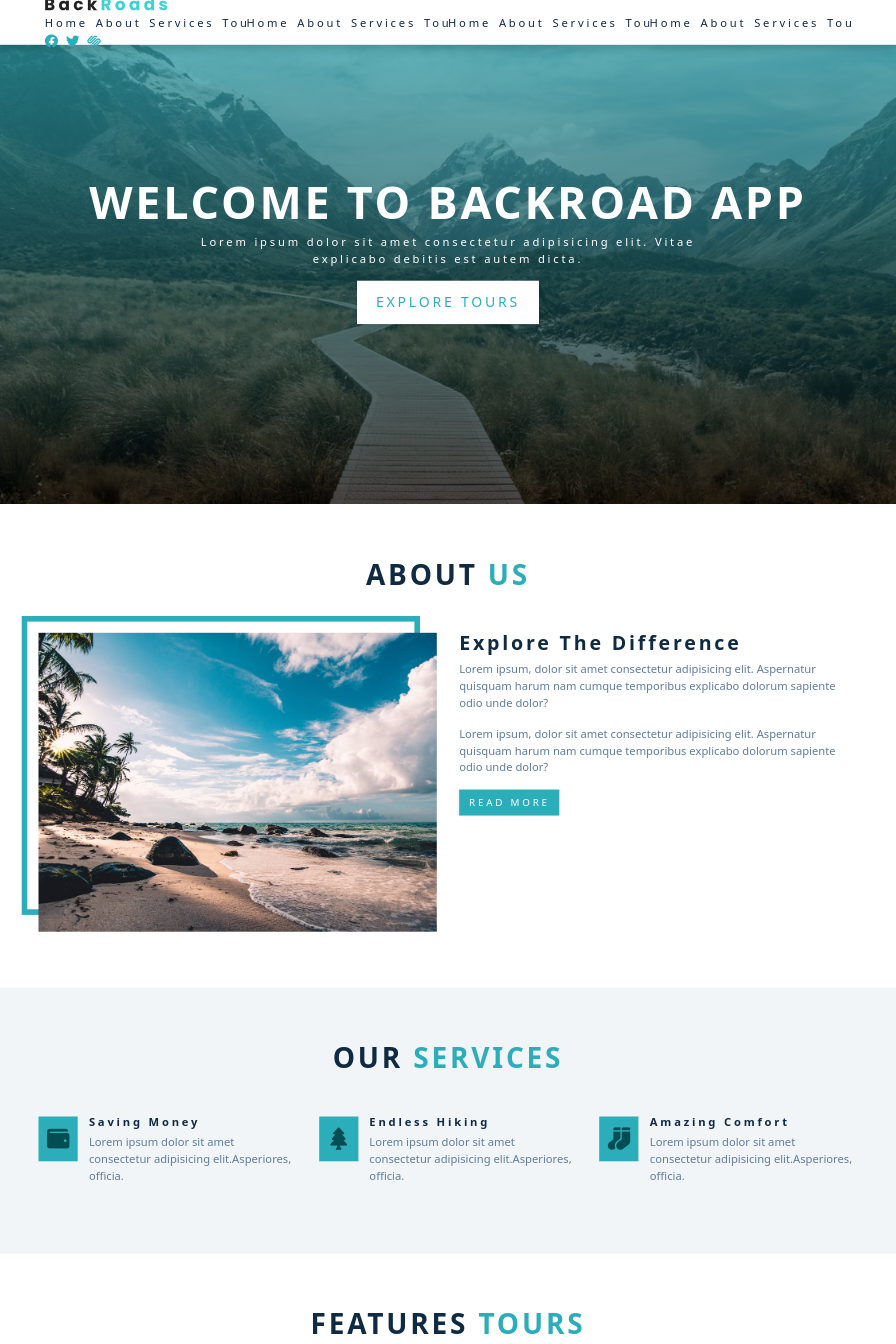
Repository: shivyank121/backRoad-app
Page: /
An editor plug-in stored every save of this project. The page is shown before and after the next save, followed by the edit.
The browser window is 1280 px wide. The pictures show the part of the page from y = 0 to 1920 px (the page is 3363 px tall), at 70% of full size.
Some web libraries are served in a nearby version. The project was rebuilt for these pictures with package versions that can differ from the ones it lists, and the page was loaded fresh each time.

Above is the page before, as saved 2023-08-21 18:51:02.

### public/index.html
<!DOCTYPE html>
<html lang="en">
  <head>
    <meta charset="utf-8" />
    <link rel="icon" href="%PUBLIC_URL%/favicon.ico" />
    <meta name="viewport" content="width=device-width, initial-scale=1" />
    <meta name="theme-color" content="#000000" />
    <meta
      name="description"
      content="Web site created using create-react-app"
    />
    <link rel="apple-touch-icon" href="%PUBLIC_URL%/logo192.png" />
    <!--
      manifest.json provides metadata used when your web app is installed on a
      user's mobile device or desktop. See https://developers.google.com/web/fundamentals/web-app-manifest/
    -->
    <link rel="manifest" href="%PUBLIC_URL%/manifest.json" />
    <!--
      Notice the use of %PUBLIC_URL% in the tags above.
      It will be replaced with the URL of the `public` folder during the build.
      Only files inside the `public` folder can be referenced from the HTML.

      Unlike "/favicon.ico" or "favicon.ico", "%PUBLIC_URL%/favicon.ico" will
      work correctly both with client-side routing and a non-root public URL.
      Learn how to configure a non-root public URL by running `npm run build`.
    -->

    <link
    rel="stylesheet"
    href="https://cdnjs.cloudflare.com/ajax/libs/font-awesome/5.12.0/css/all.min.css"
    integrity="sha512-c93ifPoTvMdEJH/rKIcBx//AL1znq9+4/RmMGafI/vnTFe/dKwnn1uoeszE2zJBQTS1Ck5CqSBE+34ng2PthJg=="
    crossorigin="anonymous"
    referrerpolicy="no-referrer"
  />

    <title>Backroad </title>
  </head>
  <body>
    <noscript>You need to enable JavaScript to run this app.</noscript>
    <div id="root"></div>
    <!--
      This HTML file is a template.
      If you open it directly in the browser, you will see an empty page.

      You can add webfonts, meta tags, or analytics to this file.
      The build step will place the bundled scripts into the <body> tag.

      To begin the development, run `npm start` or `yarn start`.
      To create a production bundle, use `npm run build` or `yarn build`.
    -->
  </body>
</html>

### src/App.js
import { About } from "./components/About";
import { Footer } from "./components/Footer";
import { Hero } from "./components/Hero";
import { Navbar } from "./components/Navbar";
import { Services } from "./components/Services";
import { Tours } from "./components/Tours";

function App() {
  return (
    <>
      <Navbar />
      <Hero />
      <About />
      <Services />
      <Tours />
      <Footer />
    </>
  );
}

export default App;

### src/components/About.js
import React from 'react'
import aboutImg from "../images/about.jpeg"
import Title from './Title'

export const About = () => {
  return (

    <section className="section" id="about">

        <Title title='about' subtitle='us' />

      <div className="section-center about-center">
        <div className="about-img">
          <img
            src={aboutImg}
            className="about-photo"
            alt="awesome beach"
          />
        </div>
        <article className="about-info">
          <h3>explore the difference</h3>
          <p>
            Lorem ipsum, dolor sit amet consectetur adipisicing elit. Aspernatur
            quisquam harum nam cumque temporibus explicabo dolorum sapiente odio
            unde dolor?
          </p>
          <p>
            Lorem ipsum, dolor sit amet consectetur adipisicing elit. Aspernatur
            quisquam harum nam cumque temporibus explicabo dolorum sapiente odio
            unde dolor?
          </p>
          <a href="#to" className="btn"  >read more</a>
        </article>
      </div>
    </section>
  )
}

### src/components/Footer.js
import React from "react";
import { pageLinks, socialLinks } from "../data";
import Sociallinks from "./Sociallinks";

export const Footer = () => {
  return (
    <footer className="section footer">
      <ul className="footer-links">
        {pageLinks.map((link) => {
          return (
            <li key={link.id}>
              <a href={link.href} className="footer-link">
                {link.text}
              </a>
            </li>
          );
        })}
      </ul>
      <ul className="footer-icons">
        {socialLinks.map((link) => {
          return (
            <Sociallinks key={link.id} {...link} itemClass="footer-icon" />
          );
        })}
      </ul>
      <p className="copyright">
        copyright &copy; Backroads App tours company 2023
        <span id="date"></span> all rights reserved
      </p>
    </footer>
  );
};

### src/components/Hero.js
import React from 'react'

export const Hero = () => {
  return (
    <section className="hero" id="home">
      <div className="hero-banner">
        <h1>Welcome to Backroad App</h1>
        <p>
          Lorem ipsum dolor sit amet consectetur adipisicing elit. Vitae
          explicabo debitis est autem dicta.
        </p>
        <a href="#tours" className="btn hero-btn">explore tours</a>
      </div>
    </section>

  )
}

### src/components/Navbar.js
import React from "react";
import logo from "../images/logo.svg";
import { pageLinks, socialLinks } from "../data";
import Sociallinks from "./Sociallinks";
import Navlinks from "./Navlinks";

export const Navbar = () => {
  return (
    <nav className="navbar">
      <div className="nav-center">
        <div className="nav-header">
          <img src={logo} className="nav-logo" alt="backroads" />
          <button type="button" className="nav-toggle" id="nav-toggle">
            <i className="fas fa-bars"></i>
          </button>
        </div>
        {/* <!-- left this comment on purpose --> */}
        <ul className="nav-links" id="nav-links">
          {pageLinks.map((link) => {
            return (
             <Navlinks key={link.id} {...link} />
            );
          })}
        </ul>

        <ul className="nav-icons">
          {socialLinks.map((link) => {
            return <Sociallinks key={link.id} {...link} itemClass="nav-icon" />;
          })}
        </ul>
      </div>
    </nav>
  );
};

### src/components/Services.js
import React from "react";
import Title from "./Title";
import { services } from "../data.js";
import Service from "./Service";

export const Services = () => {
  return (
    <section className="section services" id="services">
      <div className="section-title">
        <Title title="Our" subtitle="services" />
      </div>
      <div className="section-center services-center">
        {services.map((service) => {
          return <Service key={service.id} {...service} />;
        })}
      </div>
    </section>
  );
};

### src/components/Tours.js
import React from 'react'
import Title from './Title'
import { tours } from '../data'
import Tour from './Tour'

export const Tours = () => {
  return (
    <section className="section" id="tours">
    <div className="section-title">
    <Title title='Features' subtitle='tours' />
    </div>

    <div className="section-center featured-center">

      {tours.map((tour)=>{

      return(
       <Tour key={tour.id} {...tour} />
      )
      })}


    </div>
  </section>
  )
}

### src/components/Title.js
import React from 'react'

const Title = ({title, subtitle}) => {
  return (
    <div className="section-title">
        <h2>{title} <span>{subtitle}</span></h2>
      </div>
  )
}

export default Title

### src/data.js
import tour1 from './images/tour-1.jpeg'
import tour2 from './images/tour-2.jpeg'
import tour3 from './images/tour-3.jpeg'
import tour4 from './images/tour-4.jpeg'
import tour5 from './images/tour-5.jpeg'
import tour6 from './images/tour-6.jpeg'




export const pageLinks = [
  { id: 1, href: "#home", text: "home" },
  { id: 2, href: "#about", text: "about" },
  { id: 3, href: "#services", text: "services" },
  { id: 4, href: "#tours", text: "tours" },
];

export const socialLinks = [
  { id: 1, href: "https://www.twitter.com", icon: "fab fa-facebook" },
  { id: 2, href: "https://www.twitter.com", icon: "fab fa-twitter" },
  { id: 3, href: "https://www.twitter.com", icon: "fab fa-squarespace" },
];

export const services = [
  {
    id: 1,
    icon: "fas fa-wallet fa-fw",
    title: "saving money",
    text: "  Lorem ipsum dolor sit amet consectetur adipisicing elit.Asperiores, officia.",
  },
  {
    id: 2,
    icon: "fas fa-tree fa-fw",
    title: "endless hiking",
    text: "  Lorem ipsum dolor sit amet consectetur adipisicing elit.Asperiores, officia.",
  },
  {
    id: 3,
    icon: "fas fa-socks fa-fw",
    title: "amazing comfort",
    text: "  Lorem ipsum dolor sit amet consectetur adipisicing elit.Asperiores, officia.",
  },

];

export const tours = [
{
    id:1,
    img:tour1,
    date:'august 26th, 2020',
    title:'Tibet Adventure',
    info:'  Lorem ipsum dolor sit amet, consectetur adipisicing elit. Cumquevitae tempore voluptatum maxime reprehenderit eum quodexercitationem fugit, qui corporis.',
    location:'china',
    duration:'6 days',
    price:'from $2100',

},
{
    id:2,
    img:tour2,
    date:'october 1th, 2020',
    title:'best of java',
    info:'  Lorem ipsum dolor sit amet, consectetur adipisicing elit. Cumquevitae tempore voluptatum maxime reprehenderit eum quodexercitationem fugit, qui corporis.',
    location:'indonesia',
    duration:'11 days',
    price:'from $1400',

},
{
    id:3,
    img:tour3,
    date:'september 15th, 2020',
    title:' explore hong kong',
    info:'  Lorem ipsum dolor sit amet, consectetur adipisicing elit. Cumquevitae tempore voluptatum maxime reprehenderit eum quodexercitationem fugit, qui corporis.',
    location:' hong kong',
    duration:'8 days',
    price:'from $5100',

},
{
    id:4,
    img:tour4,
    date:'december 5th, 2019',
    title:'kenya highlights',
    info:'  Lorem ipsum dolor sit amet, consectetur adipisicing elit. Cumquevitae tempore voluptatum maxime reprehenderit eum quodexercitationem fugit, qui corporis.',
    location:'kenya',
    duration:'20 days',
    price:'from $3100',

},
{
    id:5,
    img:tour5,
    date:'May 26th, 2021',
    title:'Africa Wild life',
    info:'  Lorem ipsum dolor sit amet, consectetur adipisicing elit. Cumquevitae tempore voluptatum maxime reprehenderit eum quodexercitationem fugit, qui corporis.',
    location:'Africa',
    duration:'4 days',
    price:'from $1200',

},
{
    id:6,
    img:tour6,
    date:'july 26th, 2021',
    title:'Indian Heritage',
    info:'  Lorem ipsum dolor sit amet, consectetur adipisicing elit. Cumquevitae tempore voluptatum maxime reprehenderit eum quodexercitationem fugit, qui corporis.',
    location:'India',
    duration:'8 days',
    price:'from $1500',

}

]

### src/components/Sociallinks.js
import React from 'react'

const Sociallinks = ({href, icon, itemClass}) => {
  return (
    <li>
    <a
      href={href}
      target="_blank"
      rel="noreferrer"
      className={itemClass}
    >
      <i className={icon}></i>
    </a>
  </li>
  )
}

export default Sociallinks

### src/components/Navlinks.js
import React from "react";
import { pageLinks } from "../data";


const Navlinks = ({ href, text, navItemClass }) => {
  return (
    <ul className="nav-links" id="nav-links">
    {pageLinks.map((link) => {
      return (
        <li key={link.id}>
          <a href={link.href} className="nav-link">
            {link.text}
          </a>
        </li>
      );
    })}
  </ul>
  );
};

export default Navlinks;

### src/components/Service.js
import React from 'react'

const Service = ({ icon, title, text}) => {
  return (
    <article className="service" >
    <span className="service-icon"><i className={icon}></i></span>
    <div className="service-info">
      <h4 className="service-title">{title}</h4>
      <p className="service-text">
        {text}
      </p>
    </div>
  </article>
  )
}

export default Service

### src/components/Tour.js
import React from 'react'

const Tour = ({id, img, date,title,info, location,duration,price}) => {
  return (
    <article className="tour-card" key={id}>
    <div className="tour-img-container">
      <img src={img} className="tour-img" alt="" />
      <p className="tour-date">{date}</p>
    </div>
    <div className="tour-info">
      <div className="tour-title">
        <h4>{title}</h4>
      </div>
      <p>
        {info}
      </p>
      <div className="tour-footer">
        <p>
          <span><i className="fas fa-map"></i></span> {location}
        </p>
        <p>{duration}</p>
        <p>{price}</p>
      </div>
    </div>
  </article>
  )
}

export default Tour

Loaded but not shown: src/index.js (common file); src/index.css (common file)

After the next save:
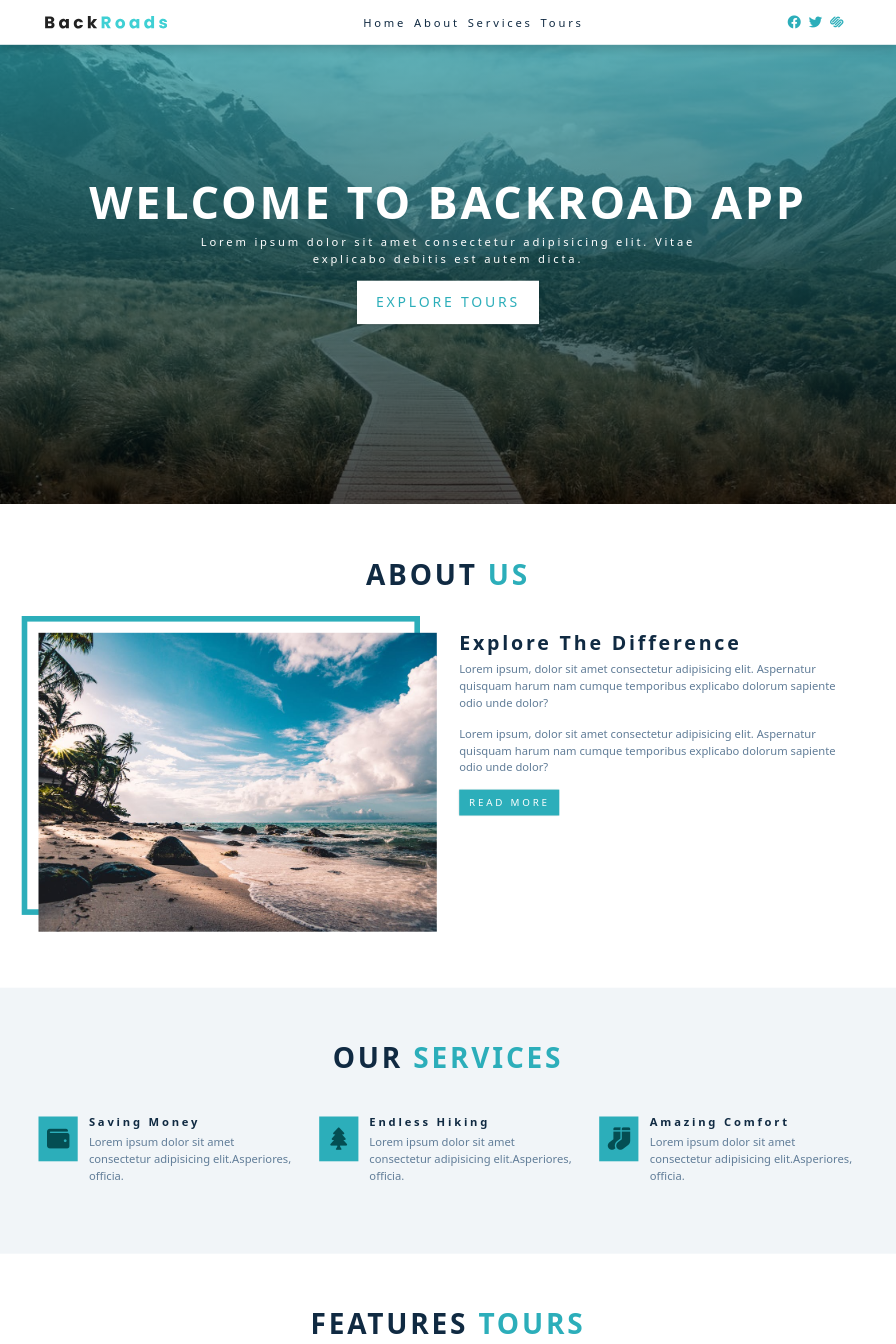
Saved 42 s later.
--- a/src/components/Navbar.js
+++ b/src/components/Navbar.js
@@ -15,13 +15,7 @@ export const Navbar = () => {
           </button>
         </div>
         {/* <!-- left this comment on purpose --> */}
-        <ul className="nav-links" id="nav-links">
-          {pageLinks.map((link) => {
-            return (
-             <Navlinks key={link.id} {...link} />
-            );
-          })}
-        </ul>
+          <Navlinks />
 
         <ul className="nav-icons">
           {socialLinks.map((link) => {
